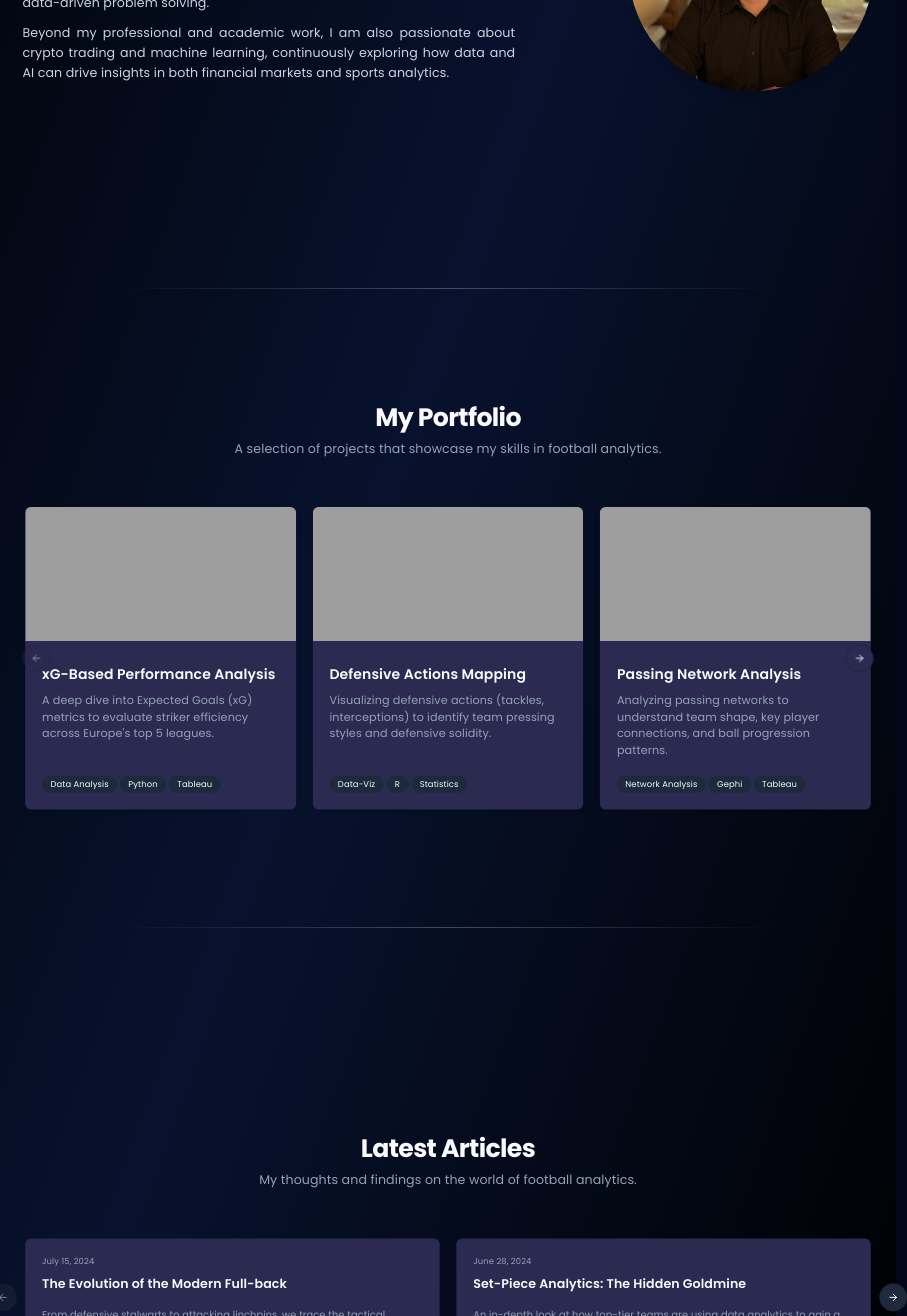
Repository: patrick-cw/my-portfolio
Page: /
The author's editor kept a copy of each file at every save. The page is drawn from the files as they stood at one save, then again after the next save.
The browser window is 1280 px wide. The page is 1296 px wide, so the pictures cover 1296 px, including what lies to the right of the window. The pictures show the part of the page from y = 1318 to 3198 px (the page is 3545 px tall), at 70% of full size.
Pictures or frames that could not be fetched are drawn as grey boxes. The project was rebuilt for these pictures with package versions that can differ from the ones it lists, and the page was loaded fresh each time. The framework's server and built-in components were replaced by stand-ins that run in the browser. Also part of the build but not shown: next.config.ts.

Above is the page before, as saved 2025-08-31 03:21:16.

After the next save:
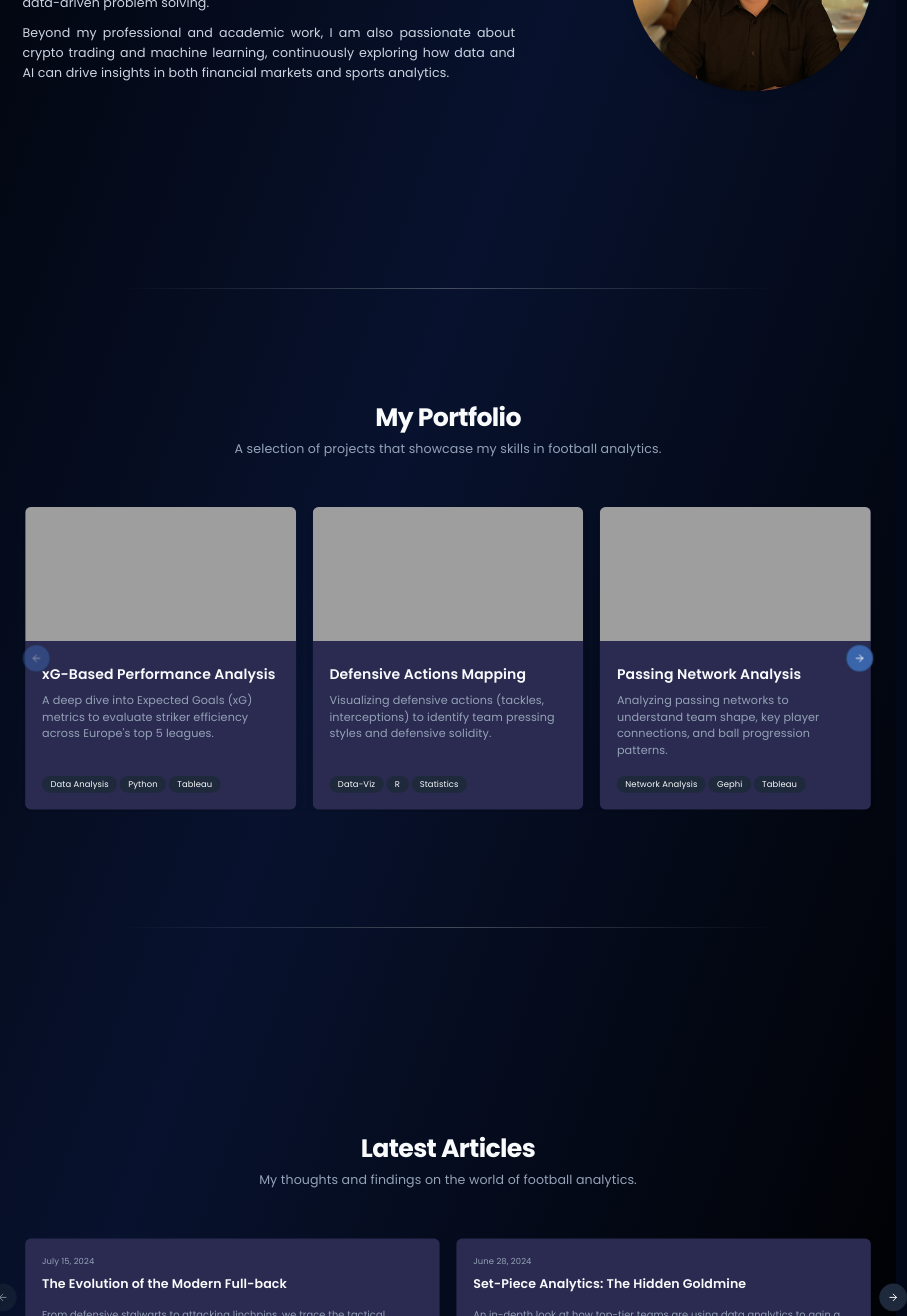
Saved 22 s later.
--- a/src/app/page.tsx
+++ b/src/app/page.tsx
@@ -155,8 +155,8 @@ function PortfolioSection() {
                   </CarouselItem>
                 ))}
               </CarouselContent>
-              <CarouselPrevious className="ml-12 h-10 w-10 bg-card-highlight hover:bg-primary" />
-              <CarouselNext className="mr-12 h-10 w-10 bg-card-highlight hover:bg-primary"/>
+              <CarouselPrevious className="ml-12 h-10 w-10 bg-primary hover:bg-primary" />
+              <CarouselNext className="mr-12 h-10 w-10 bg-primary hover:bg-primary"/>
             </Carousel>
           </div>
         </div>
